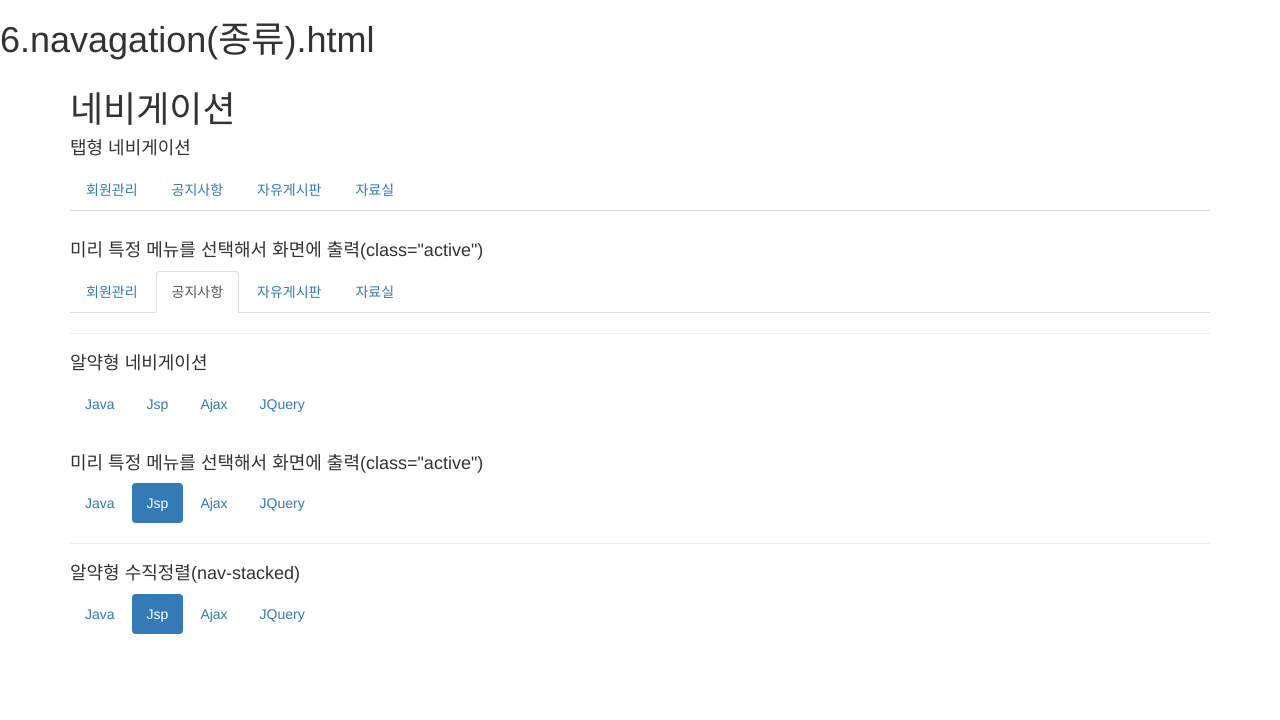
Repository: RYE415/4.jsp
Page: BootstrapTest/src/main/webapp/7.component/6.navagation(정렬).html
The author's editor kept a copy of each file at every save. The page is drawn from the files as they stood at one save, then again after the next save.
The browser window is 1280 px wide. The pictures show the whole page.
Some web libraries are served in a nearby version.

Above is the page before, as saved 2022-08-10 02:18:14.

### BootstrapTest/src/main/webapp/7.component/6.navagation(정렬).html
<!DOCTYPE html>
<html lang="ko">
  <head>
    <meta charset="utf-8">
    <meta http-equiv="X-UA-Compatible" content="IE=edge">
    <meta name="viewport" content="width=device-width, initial-scale=1">
    <!-- 위 3개의 메타 태그는 *반드시* head 태그의 처음에 와야합니다; 어떤 다른 콘텐츠들은 반드시 이 태그들 *다음에* 와야 합니다 -->
    <title>예제</title>

    <!-- 부트스트랩 -->
    <link href="../css/bootstrap.min.css" rel="stylesheet">

    <!-- IE8 에서 HTML5 요소와 미디어 쿼리를 위한 HTML5 shim 와 Respond.js -->
    <!-- WARNING: Respond.js 는 당신이 file:// 을 통해 페이지를 볼 때는 동작하지 않습니다. -->
    <!--[if lt IE 9]>
      <script src="https://oss.maxcdn.com/html5shiv/3.7.2/html5shiv.min.js"></script>
      <script src="https://oss.maxcdn.com/respond/1.4.2/respond.min.js"></script>
    <![endif]-->
  </head>
  <body>
    <h1>6.navagation(종류).html</h1>
    <!--
    	.nav {
  			padding-left: 0; /*안쪽여백의 왼쪽부분은 0*/
  			margin-bottom: 0; /*아래쪽 바깥여백은 0*/
 			list-style: none;
			}

		.nav-tabs {
  			border-bottom: 1px solid #ddd;
			}
     -->
    	<div class="container">
    		<h1>네비게이션</h1>
    		<h4>탭형 네비게이션</h4>
    		<ul class="nav nav-tabs">
    			<li><a href="#">회원관리</a></li>
    			<li><a href="#">공지사항</a></li>
    			<li><a href="#">자유게시판</a></li>
    			<li><a href="#">자료실</a></li>
    		</ul>
    		<br>
    		<h4>미리 특정 메뉴를 선택해서 화면에 출력(class="active")</h4>
    		<ul class="nav nav-tabs">
    			<li><a href="#">회원관리</a></li>
    			<li class="active"><a href="#">공지사항</a></li>
    			<li><a href="#">자유게시판</a></li>
    			<li><a href="#">자료실</a></li>
    		</ul>
    		<hr>
    		<!--
    		 nav pills > li {메뉴를 왼쪽-> 오른쪽으로 정렬하기 위해서 속성 부여)
    		 	float:left;
    		 -->
    		<h4>알약형 네비게이션</h4>
    		<ul class="nav nav-pills">
    			<li><a href="#">Java</a></li>
    			<li><a href="#">Jsp</a></li>
    			<li><a href="#">Ajax</a></li>
    			<li><a href="#">JQuery</a></li>
    		</ul>
    		<br>
    		<h4>미리 특정 메뉴를 선택해서 화면에 출력(class="active")</h4>
    		<ul class="nav nav-pills">
    			<li><a href="#">Java</a></li>
    			<li class="active"><a href="#">Jsp</a></li>
    			<li><a href="#">Ajax</a></li>
    			<li><a href="#">JQuery</a></li>
    		</ul>
    		<hr>

    		<h4>알약형 수직정렬(nav-stacked)</h4>
    		<ul class="nav nav-pills">
    			<li><a href="#">Java</a></li>
    			<li class="active"><a href="#">Jsp</a></li>
    			<li><a href="#">Ajax</a></li>
    			<li><a href="#">JQuery</a></li>
    		</ul>



    	</div>

    <!-- jQuery (부트스트랩의 자바스크립트 플러그인을 위해 필요합니다) -->
    <script src="https://ajax.googleapis.com/ajax/libs/jquery/1.11.2/jquery.min.js"></script>
    <!-- 모든 컴파일된 플러그인을 포함합니다 (아래), 원하지 않는다면 필요한 각각의 파일을 포함하세요 -->
    <script src="../js/bootstrap.min.js"></script>
  </body>
</html>

Loaded but not shown: BootstrapTest/src/main/webapp/css/bootstrap.min.css (library); BootstrapTest/src/main/webapp/js/bootstrap.min.js (library)

After the next save:
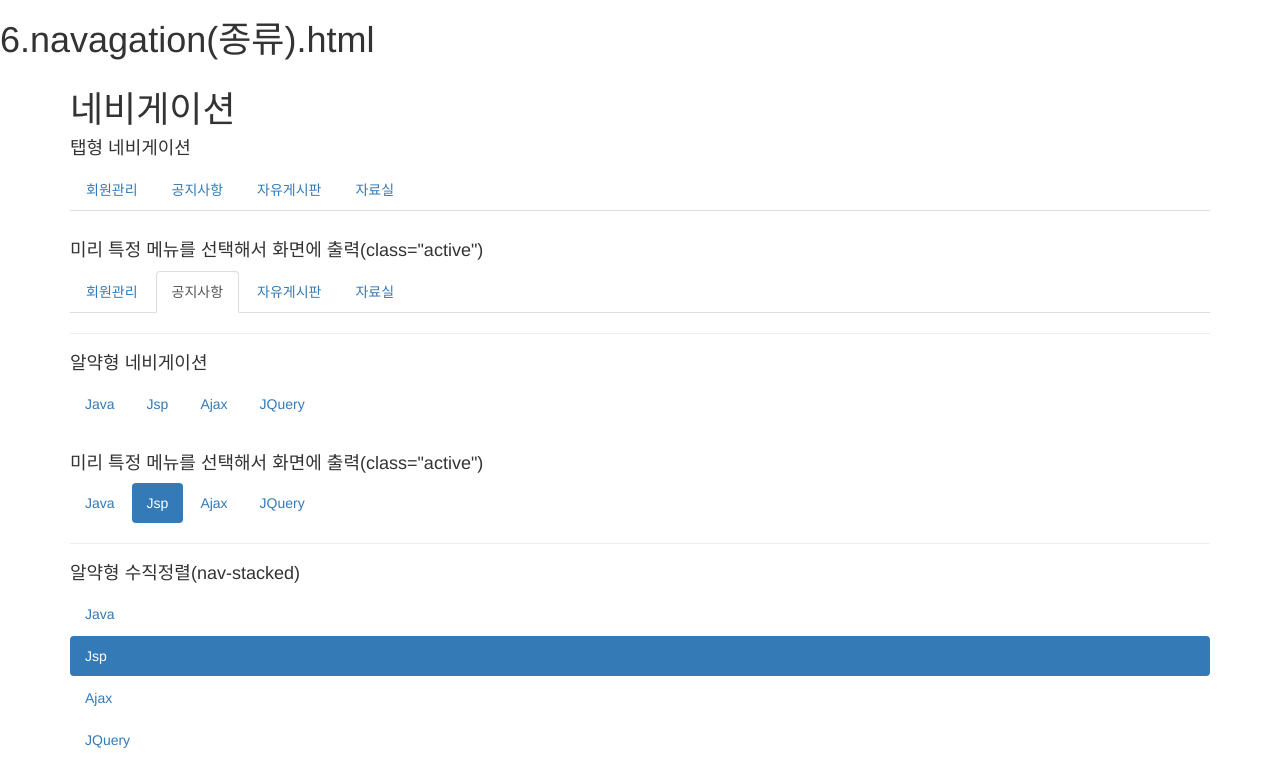
Saved 11 s later.
--- a/BootstrapTest/src/main/webapp/7.component/6.navagation(정렬).html
+++ b/BootstrapTest/src/main/webapp/7.component/6.navagation(정렬).html
@@ -70,7 +70,7 @@
     		<hr>
 
     		<h4>알약형 수직정렬(nav-stacked)</h4>
-    		<ul class="nav nav-pills">
+    		<ul class="nav nav-pills nav-stacked">
     			<li><a href="#">Java</a></li>
     			<li class="active"><a href="#">Jsp</a></li>
     			<li><a href="#">Ajax</a></li>
